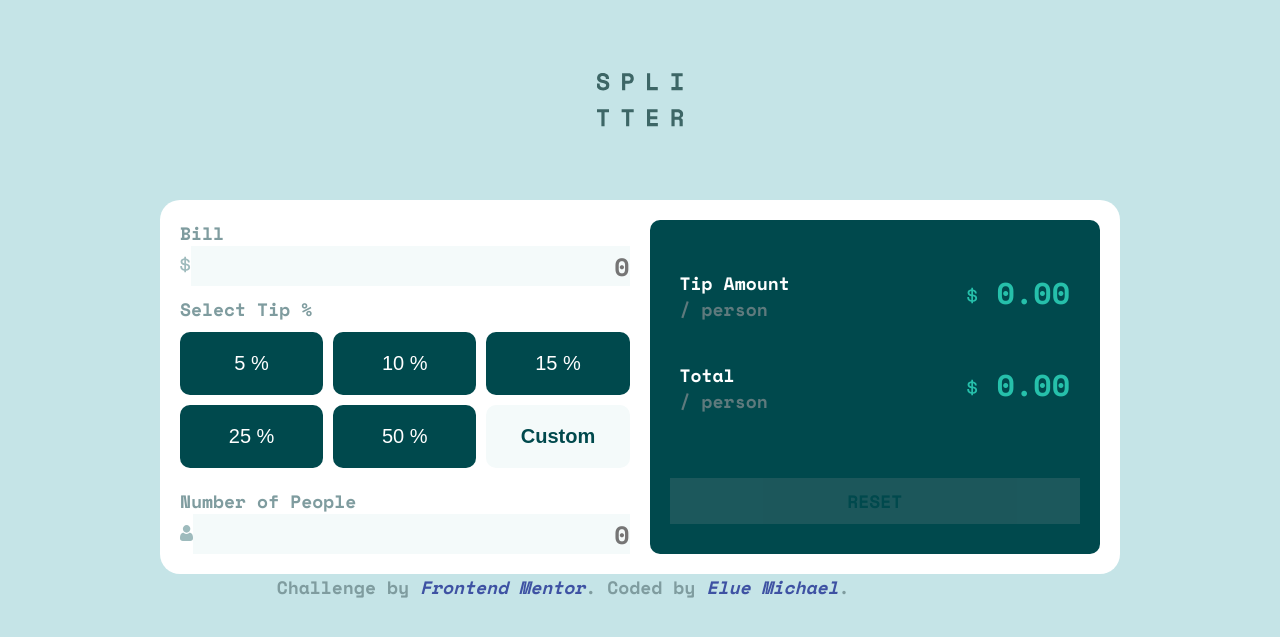
Repository: MeekyBerry/Frontend-Mentor-Challenges
Page: tip-calculator-app/index.html
An editor plug-in stored every save of this project. The page is shown before and after the next save, followed by the edit.
The browser window is 1280 px wide. The pictures show the whole page.

Above is the page before, as saved 2023-03-28 02:49:38.

### tip-calculator-app/index.html
<!DOCTYPE html>
<html lang="en">

  <head>
    <meta charset="UTF-8">
    <meta name="viewport" content="width=device-width, initial-scale=1.0">
    <link rel="icon" type="image/png" sizes="32x32" href="./css/images/favicon-32x32.png">
    <title> Tip calculator app</title>
    <link rel="stylesheet" href="./css/style.css">
    <script src="./script.js" defer></script>
  </head>

  <body>
    <div class="heading-logo">
      <img src="./css/images/logo.svg" alt="Logo" class="logo">
    </div>

    <form id="form" class="background">
      <div class="first-container">
        <div class="bill-container">
          <label for="bill">Bill</label>
          <div class="icon-box">
            <div>
              <img src="./css/images/icon-dollar.svg" alt="Dollar Icon">
            </div>
            <input type="number" id="bill" placeholder="0" class="bill-input input-bar">
          </div>
        </div>

        <div class="tip">
          <div>Select Tip %</div>
          <div class="percent-container">
            <button type="button" class="percent five">5 %</button>
            <button type="button" class="percent ten">10 %</button>
            <button type="button" class="percent fiftheen">15 %</button>
            <button type="button" class="percent twenty-five">25 %</button>
            <button type="button" class="percent fifty">50 %</button>
            <button type="button" class="percent custom" id="cst-btn">Custom</button>
          </div>
        </div
        <div>
          <label for="number">Number of People</label>
          <div class="icon-box">
            <div>
              <img src="./css/images/icon-person.svg" alt="Person Icon">
            </div>
            <input type="number" id="number" class="number-input input-bar" placeholder="0">
          </div>
        </div>
      </div>

      <div class="second-container">
        <div class="amount">
          <p>Tip Amount <span class="person">/ person</span></p>
          <div class="digit">
            <svg xmlns="http://www.w3.org/2000/svg" width="11" height="17">
              <path fill="var(--Strong-cyan)"
                d="M6.016 16.328v-1.464c1.232-.08 2.22-.444 2.964-1.092.744-.648 1.116-1.508 1.116-2.58v-.144c0-.992-.348-1.772-1.044-2.34-.696-.568-1.708-.932-3.036-1.092V4.184c.56.144 1.012.4 1.356.768.344.368.516.816.516 1.344v.288h1.824v-.432c0-.448-.088-.876-.264-1.284a3.783 3.783 0 00-.744-1.116A4.251 4.251 0 007.54 2.9a5.324 5.324 0 00-1.524-.492V.872H4.288V2.36a5.532 5.532 0 00-1.416.324c-.448.168-.84.392-1.176.672-.336.28-.604.616-.804 1.008-.2.392-.3.844-.3 1.356v.144c0 .96.316 1.708.948 2.244.632.536 1.548.884 2.748 1.044v3.912c-.704-.16-1.248-.472-1.632-.936-.384-.464-.576-1.08-.576-1.848v-.288H.256v.576c0 .464.08.924.24 1.38.16.456.404.88.732 1.272.328.392.744.728 1.248 1.008s1.108.476 1.812.588v1.512h1.728zM4.288 7.424c-.688-.128-1.164-.332-1.428-.612-.264-.28-.396-.644-.396-1.092 0-.464.176-.832.528-1.104.352-.272.784-.448 1.296-.528v3.336zm1.728 5.712V9.344c.768.128 1.328.328 1.68.6.352.272.528.688.528 1.248 0 .544-.196.984-.588 1.32-.392.336-.932.544-1.62.624z" />
            </svg>
            <span id="tip-amount">0.00</span>
          </div>
        </div>

        <div class="amount">
          <p>Total <span class="person">/ person</span></p>
          <div class="digit">
            <svg xmlns="http://www.w3.org/2000/svg" width="11" height="17">
              <path fill="var(--Strong-cyan)"
                d="M6.016 16.328v-1.464c1.232-.08 2.22-.444 2.964-1.092.744-.648 1.116-1.508 1.116-2.58v-.144c0-.992-.348-1.772-1.044-2.34-.696-.568-1.708-.932-3.036-1.092V4.184c.56.144 1.012.4 1.356.768.344.368.516.816.516 1.344v.288h1.824v-.432c0-.448-.088-.876-.264-1.284a3.783 3.783 0 00-.744-1.116A4.251 4.251 0 007.54 2.9a5.324 5.324 0 00-1.524-.492V.872H4.288V2.36a5.532 5.532 0 00-1.416.324c-.448.168-.84.392-1.176.672-.336.28-.604.616-.804 1.008-.2.392-.3.844-.3 1.356v.144c0 .96.316 1.708.948 2.244.632.536 1.548.884 2.748 1.044v3.912c-.704-.16-1.248-.472-1.632-.936-.384-.464-.576-1.08-.576-1.848v-.288H.256v.576c0 .464.08.924.24 1.38.16.456.404.88.732 1.272.328.392.744.728 1.248 1.008s1.108.476 1.812.588v1.512h1.728zM4.288 7.424c-.688-.128-1.164-.332-1.428-.612-.264-.28-.396-.644-.396-1.092 0-.464.176-.832.528-1.104.352-.272.784-.448 1.296-.528v3.336zm1.728 5.712V9.344c.768.128 1.328.328 1.68.6.352.272.528.688.528 1.248 0 .544-.196.984-.588 1.32-.392.336-.932.544-1.62.624z" />
            </svg>
            <span id="total">0.00</span>
          </div>
        </div>
        <div class="btn-wrapper">
          <button type="reset" id="reset" class="btn">Reset</button>
        </div>
      </div>
    </form>

    <!-- // Hidden input field for custom buttn -->
    <input type="hidden" id="cst-input" class="percent cst" value="0">

    <div class="attribution">
      Challenge by <a href="https://www.frontendmentor.io?ref=challenge" target="_blank">Frontend Mentor</a>.
      Coded by <a href="https://www.frontendmentor.io/profile/MeekyBerry" target="_blank">Elue Michael</a>.
    </div>
  </body>

</html>

### tip-calculator-app/css/style.css
@import url("https://fonts.googleapis.com/css2?family=Space+Mono:wght@400;700&display=swap");

:root {
  /* ### Primary */
  --Strong-cyan: hsl(172, 67%, 45%);
  /* ### Neutral */
  --Very-dark-cyan: hsl(183, 100%, 15%);
  --Dark-grayish-cyan: hsl(186, 14%, 43%);
  --Grayish-cyan: hsl(184, 14%, 56%);
  --Light-grayish-cyan: hsl(185, 41%, 84%);
  --Very-light-grayish-cyan: hsl(189, 41%, 97%);
  --White: hsl(0, 0%, 100%);
  --dark-blue: hsl(228, 45%, 44%);
}

html {
  font-size: 50%;
}

*,
::before,
::after {
  margin: 0;
  padding: 0;
  box-sizing: border-box;
}

body {
  font-size: 1.8rem;
  font-family: "Space Mono", sans-serif;
  font-weight: 700;
  background-color: var(--Light-grayish-cyan);
  color: var(--Grayish-cyan);
  height: 100%;
  width: 100%;
}

.heading-logo {
  height: 20rem;
  width: 100%;
  position: relative;
}

.logo {
  position: absolute;
  top: 50%;
  left: 50%;
  transform: translate(-50%, -50%);
}

.background {
  display: flex;
  flex-direction: column;
  justify-content: space-around;
  background-color: var(--White);
  height: 80rem;
  width: 100%;
  border-radius: 2rem;
  padding: 0 5rem;
}

label {
  display: block;
}

.icon-box {
  display: flex;
  align-items: center;
}

.input-bar {
  width: 100%;
  height: 4rem;
  border: none;
  font-size: 2.5rem;
  font-family: "Space Mono", sans-serif;
  font-weight: 700;
  background: var(--Very-light-grayish-cyan) no-repeat;
  text-align: end;
}

.input-bar:focus {
  outline-color: var(--Strong-cyan);
}

.input-bar::placeholder {
  text-align: end;
}
/* Remove Arrows/Spinners ON INPUT */
input::-webkit-outer-spin-button,
input::-webkit-inner-spin-button {
  -webkit-appearance: none;
}
/* Firefox */
input[type="number"] {
  -moz-appearance: textfield;
}

.tip {
  padding: 1rem 0;
}

.percent-container {
  display: grid;
  grid-template-columns: repeat(2, 1fr);
  grid-template-rows: repeat(3, 1fr);
  grid-template-areas:
    "five ten"
    "fiftheen twentyFive"
    "fifty custom";
  gap: 1rem;
  padding: 1rem 0;
}

.percent {
  background-color: var(--Very-dark-cyan);
  color: var(--White);
  text-align: center;
  padding: 2rem;
  border-radius: 1rem;
  border: none;
  font-size: 2rem;
  width: 100%;
}

.percent:active {
  background-color: var(--Strong-cyan);
  color: var(--Very-dark-cyan);
  font-weight: 700;
}

.five {
  grid-area: five;
}

.ten {
  grid-area: ten;
}

.fiftheen {
  grid-area: fiftheen;
}

.twenty-five {
  grid-area: twentyFive;
}

.fifty {
  grid-area: fifty;
}

.custom {
  grid-area: custom;
  background-color: var(--Very-light-grayish-cyan);
  color: var(--Very-dark-cyan);
  font-weight: 700;

}

input:focus {
  outline-color: var(--Strong-cyan);
  text-align: end;
}

.cst:focus {
  outline-color: var(--Strong-cyan);
  text-align: end;
}

.second-container {
  background-color: var(--Very-dark-cyan);
  border-radius: 1rem;
  padding: 3rem 2rem;
}

.amount {
  display: flex;
  justify-content: space-between;
  padding: 2rem 1rem;
}

p {
  color: var(--White);
}

.person {
  display: block;
  font-size: 1.8rem;
  color: var(--Dark-grayish-cyan);
}

.digit {
  color: var(--Strong-cyan);
  font-size: 3rem;
}

.dollar {
  filter: var(--Strong-cyan);
}

.btn {
  width: 100%;
  padding: 1rem;
  background-color: var(--Dark-grayish-cyan);
  color: var(--Very-dark-cyan);
  border: none;
  text-transform: uppercase;
  font-size: 1.8rem;
  font-weight: 700;
  font-family: "Space Mono", sans-serif;
  opacity: 0.3;
}

.attribution {
  font-size: 1.8rem;
  text-align: center;
  width: 88%;
}

.attribution a {
  color: var(--dark-blue);
  text-decoration: none;
  font-style: italic;
}

@media only screen and (min-width: 1000px) {
  html {
    font-size: 62.5%;
  }

  .background {
    width: 75%;
    height: 75%;
    margin: 0rem auto;
    flex-direction: row;
    gap: 2rem;
    padding: 2rem;
  }

  .first-container {
    display: flex;
    flex-direction: column;
    justify-content: space-around;
    width: 50%;
  }

  .percent-container {
    grid-template-columns: repeat(3, 1fr);
    grid-template-rows: repeat(2, 1fr);
    grid-template-areas:
      "five ten fiftheen"
      "twentyFive fifty custom";
  }

  .second-container {
    display: flex;
    flex-direction: column;
    width: 50%;
  }

  .btn-wrapper {
    margin-top: auto;
  }
}

### tip-calculator-app/script.js
// 1. Get the bill amount from the input field
const billInput = document.getElementById('bill');
// 2. Get the tip percentage from the Button array
const tipButtons = document.querySelectorAll('.percent');
// 2.1. The percentage array contains a Custom button which toggles to input field when clicked
const customButton = document.querySelector('.custom');
// 2.2. Get the custom percentage from the input field
const customInput = document.createElement('input');
// 3. Get the number of people from the input field
const peopleInput = document.getElementById('number')
// 4. Calculate the tip amount per person;
const tipAmountSpan = document.getElementById('tip-amount');
// 5. Calculate the total cost per person
const totalAmountSpan = document.getElementById('total');
// 6. Display the tip amount per person
const resetButton = document.getElementById('reset');


let bill = 0;
let tipPercentage = 0;
let customPercentage = 0;
let people = 0;

let inputPeople = false;
let error = true;

// add input validation for bill and people fields
billInput.addEventListener('input', () => {
    bill = Number(billInput.value);
    calculateTip();
});

peopleInput.addEventListener('input', () => {
    people = Number(peopleInput.value);
    calculateTip();
});

// add event listeners for tip buttons
tipButtons.forEach(button => {
    button.addEventListener('click', () => {
        if (button.classList.contains('custom')) {
            customInput.type = 'number';
            customInput.min = 1;
            customInput.placeholder = 'Custom';
            button.parentNode.replaceChild(customInput, button);
            customInput.focus();
        } else {
            tipPercentage = Number(button.textContent.replace('%', ''));
            calculateTip();
        }
    });
});

// add event listener for custom input
customInput.addEventListener('input', () => {
    customPercentage = Number(customInput.value);
    calculateTip();
});

// add event listener for reset button
resetButton.addEventListener('click', () => {
    billInput.value = '';
    peopleInput.value = '';
    tipAmountSpan.textContent = '$0.00';
    totalAmountSpan.textContent = '$0.00';
    bill = 0;
    tipPercentage = 0;
    customPercentage = 0
    people = 0;
    // customInput.parentNode.replaceChild(customButton, customInput);
});

// calculate tip and total amount
const calculateTip = () => {
    if (people > 0) {
        inputPeople = true;
        let tip = (bill * (tipPercentage + customPercentage)) / 100;
        let total = bill + tip;
        let tipPerPerson = tip / people;
        let totalPerPerson = total / people;
        tipAmountSpan.textContent = `$${tipPerPerson.toFixed(2)}`;
        totalAmountSpan.textContent = `$${totalPerPerson.toFixed(2)}`;
    }
};







// const BILL = document.querySelector('.bill-input');
// const TIP_PERCENT = document.querySelectorAll('.percent');
// const PEOPLE = document.querySelector('.number-input');
// const TOTAL_BILL = document.getElementById('total');
// const TIP_AMOUNT = document.getElementById('tip-amount');
// const CUSTOM = document.querySelector('.custom');
// const CUSTOM_BUTTON = document.getElementById('cst-btn')
// const CUSTOM_INPUT = document.getElementById('cst-input')
// const RESET = document.getElementById('reset');

// let billValue;
// let person;
// let customValue;
// let custom = 0;

// let myArray = [5, 10, 15, 25, 50, custom];
// let tipAmount = 0;

// let error = true;
// let inputPeople = false;

// const calculateHandler = () => {
//     if (inputPeople) {
//         let amount = (billValue + tipAmount) / person;
//         TOTAL_BILL.textContent = `${amount.toFixed(2)}`;
//     }
// };

// BILL.addEventListener('change', () => {
//     error = !error;
//     billValue = parseFloat(BILL.value);
//     TIP_PERCENT.forEach((el, idx) => {
//         let percent = myArray[idx];
//         el.addEventListener('click', (e) => {
//             let target = e.target;
//             if (target.classList.contains('percent')) {
//                 let percent = parseFloat(target.textContent);
//                 if (isNaN(percent)) {
//                     percent = customValue;
//                 } else {
//                     customValue = 0;
//                 }
//                 // if (CUSTOM.firstElementChild === CUSTOM_INPUT && idx === 5) {
//                 //     CUSTOM_INPUT.addEventListener('change', () => {
//                 //         customValue = parseFloat(CUSTOM_INPUT.value);
//                 //         tipAmount = CUSTOM_INPUT.value * (percent / 100);
//                 //         TIP_AMOUNT.textContent = `${tipAmount.toFixed(2)}`;
//                 //         calculateHandler();
//                 //     })
//                 // }
//                 tipAmount = billValue * (percent / 100);
//                 TIP_AMOUNT.textContent = `${tipAmount.toFixed(2)}`;
//                 calculateHandler();
//             }
//         });
//     });
// });


//     // billValue = +BILL.value;
//     // TIP_PERCENT.forEach((el, idx) => {
//     //     let percent = myArray[idx];
//     //     el.addEventListener('click', () => {
//     //         if (CUSTOM.firstElementChild === CUSTOM_INPUT && idx === 5) {
//     //             CUSTOM_INPUT.addEventListener('change', () => {
//     //                 customValue = +CUSTOM_INPUT.value;
//     //                 tipAmount = CUSTOM_INPUT.value * (+percent / 100);
//     //                 TIP_AMOUNT.textContent = `${tipAmount.toFixed(2)}`;
//     //                 calculateHandler();
//     //             })
//     //         }
//     //         tipAmount = BILL.value * (+percent / 100);
//     //         TIP_AMOUNT.textContent = `${tipAmount}`;
//     //         calculateHandler();
//     //     });
//     // });

// // TIP_PERCENT.addEventListener('click', (e) => {
// //     let target = e.target;
// //     if (target.classList.contains('percent')) {
// //       let percent = parseFloat(target.textContent);
// //       if (isNaN(percent)) {
// //         percent = customValue;
// //       } else {
// //         customValue = 0;
// //       }
// //       tipAmount = billValue * (percent / 100);
// //       TIP_AMOUNT.textContent = `${tipAmount.toFixed(2)}`;
// //       calculateHandler();
// //     }
// //   });


// PEOPLE.addEventListener('input', () => {
//     // inputPeople = !inputPeople;
//     // person = +PEOPLE.value;
//     // if (!error) {
//     //     calculateHandler();
//     // }
//  inputPeople = true;
//   person = parseFloat(PEOPLE.value);
//   if (!error && person > 0) {
//     calculateHandler();
//   } else {
//     TOTAL_BILL.textContent = '0.00';
//   }
// });

// CUSTOM.addEventListener('click', () => {
//     // if (CUSTOM.firstElementChild === CUSTOM_BUTTON) {
//     //     CUSTOM.innerHTML = `<input type="number" id="cst-input" class="percent cst" />`
//     // }
//     if (CUSTOM.firstElementChild === CUSTOM_BUTTON) {
//         // CUSTOM.innerHTML = `<input type="number" id="cst-input" class="percent cst" />`
//         CUSTOM.innerHTML = `<input type="number" class="percent cst" />`;
//         CUSTOM_INPUT.addEventListener('change', () => {
//           customValue = parseFloat(CUSTOM_INPUT.value);
//           TIP_PERCENT.lastElementChild.textContent = `${customValue}%`;
//           tipAmount = billValue * (customValue / 100);
//           TIP_AMOUNT.textContent = `${tipAmount.toFixed(2)}`;
//           calculateHandler();

//         });
//       }
// })

// RESET.addEventListener('click', () => {
//     // BILL.value = '';
//     // PEOPLE.value = '';
//     // TIP_AMOUNT.textContent = '0.00';
//     // TOTAL_BILL.textContent = '0.00';
//     CUSTOM.innerHTML = `<button id="cst-btn" class="percent cst">Custom</button>`;
//     BILL.value = '';
//     PEOPLE.value = '';
//     TIP_AMOUNT.textContent = '0.00';
//     TOTAL_BILL.textContent = '0.00';
//     inputPeople = false;
//     customValue = 0;
//     tipAmount = 0;
// });

After the next save:
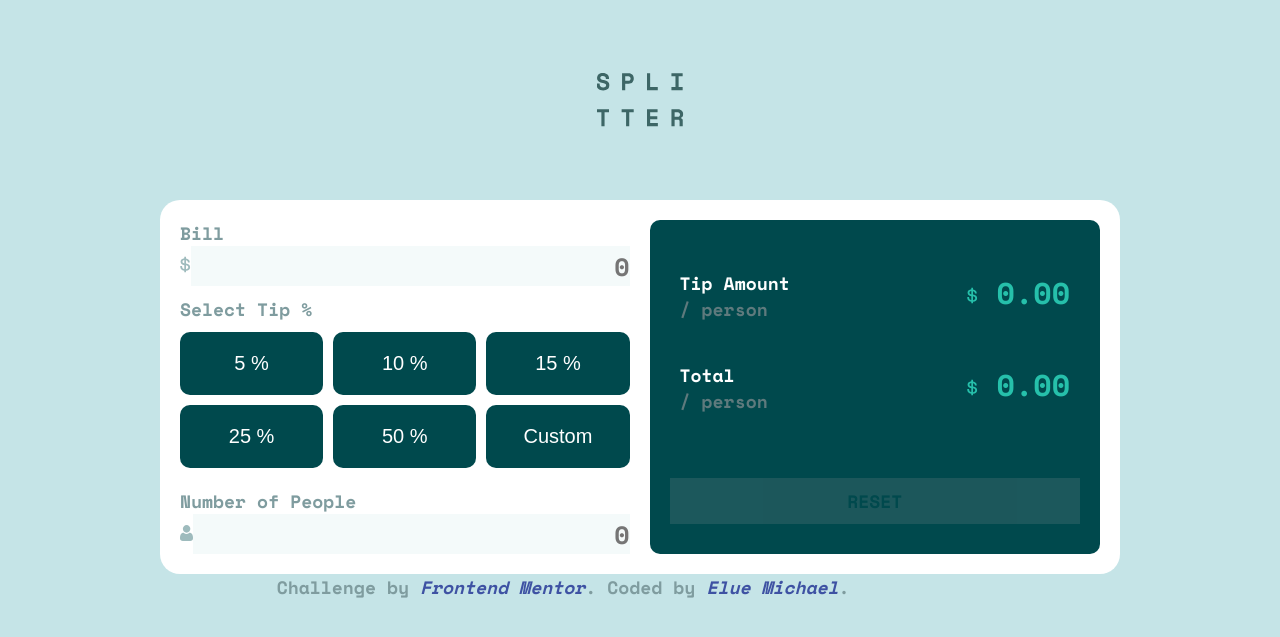
Saved 32 s later.
--- a/tip-calculator-app/css/style.css
+++ b/tip-calculator-app/css/style.css
@@ -151,9 +151,7 @@ input[type="number"] {
 
 .custom {
   grid-area: custom;
-  background-color: var(--Very-light-grayish-cyan);
-  color: var(--Very-dark-cyan);
-  font-weight: 700;
+  /* background-color: var(--Very-light-grayish-cyan) */
 
 }
 
